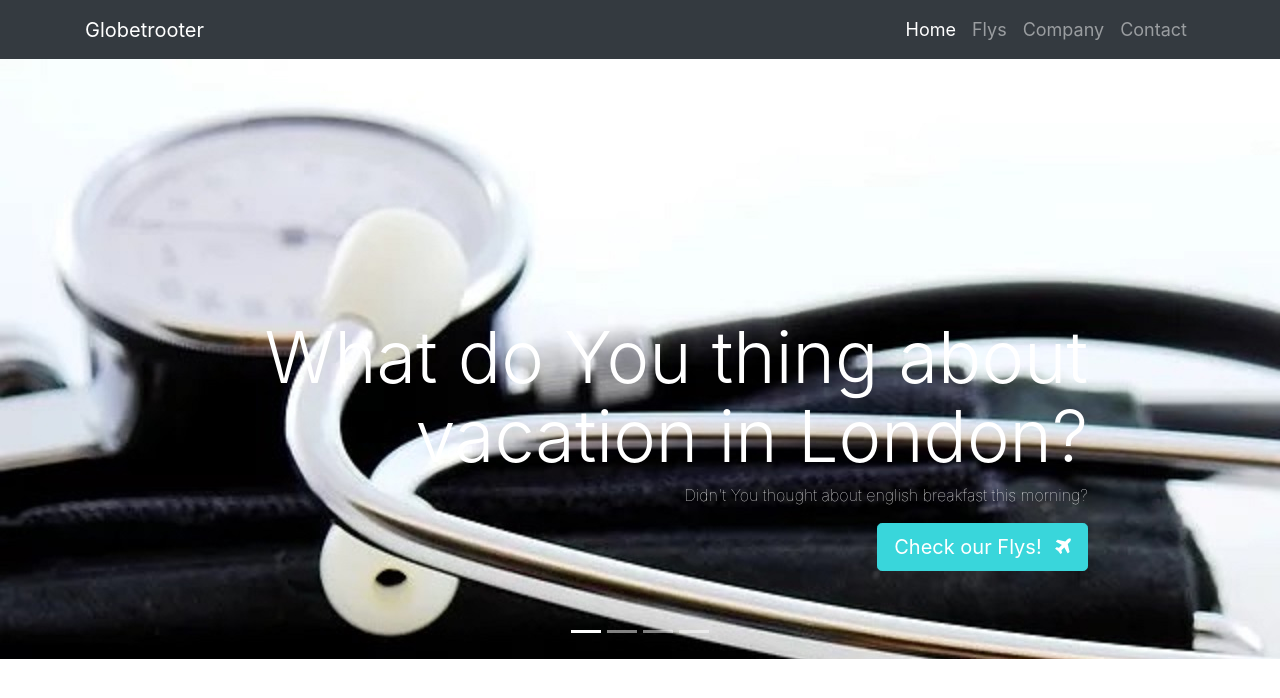
Repository: petrificustotalus/serwisy
Page: src/index.html
These files come from the project's save history. The page is drawn as it stood at one moment and after the next save; the edit follows.
The browser window is 1280 px wide. The pictures show the whole page.

Above is the page before, as saved 2020-05-07 16:23:11.

After the next save:
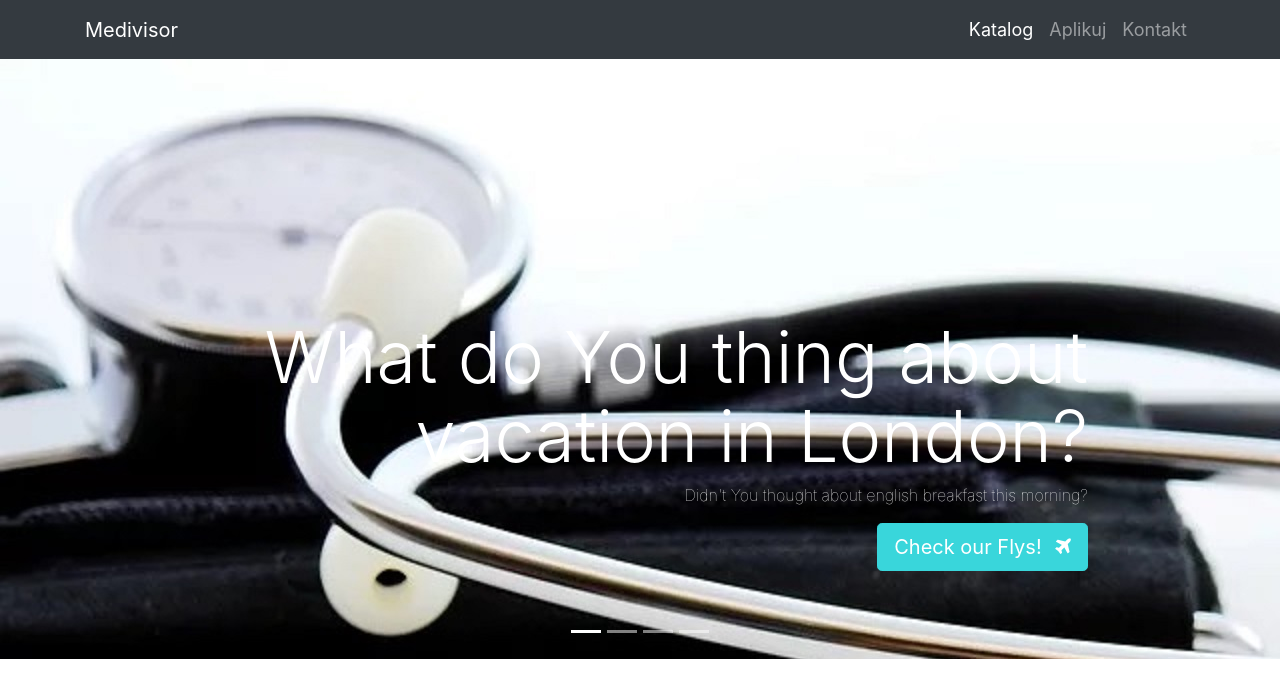
Saved 2 min 13 s later.
--- a/src/index.html
+++ b/src/index.html
@@ -12,21 +12,18 @@
     <body>
         <nav class="navbar navbar-expand-sm navbar-dark bg-dark">
             <div class="container">
-                <a href="index.html" class="navbar-brand">Globetrooter</a>
+                <a href="index.html" class="navbar-brand">Medivisor</a>
                 <button class="navbar-toggler" data-toggle="collapse" data-target="#navNavbar"><span class="navbar-toggler-icon"></span></button>
                 <div class="collapse navbar-collapse" id="navbarNav">
                     <ul class="navbar-nav ml-auto">
                         <li class="nav-item active">
-                            <a href="index.html" class="nav-link">Home</a>
+                            <a href="index.html" class="nav-link">Katalog</a>
                         </li>
                         <li class="nav-item">
-                            <a href="flys.html" class="nav-link">Flys</a>
+                            <a href="flys.html" class="nav-link">Aplikuj</a>
                         </li>
                         <li class="nav-item">
-                            <a href="company.html" class="nav-link">Company</a>
-                        </li>
-                        <li class="nav-item">
-                            <a href="contact.html" class="nav-link">Contact</a>
+                            <a href="company.html" class="nav-link">Kontakt</a>
                         </li>
                     </ul>
                 </div>
